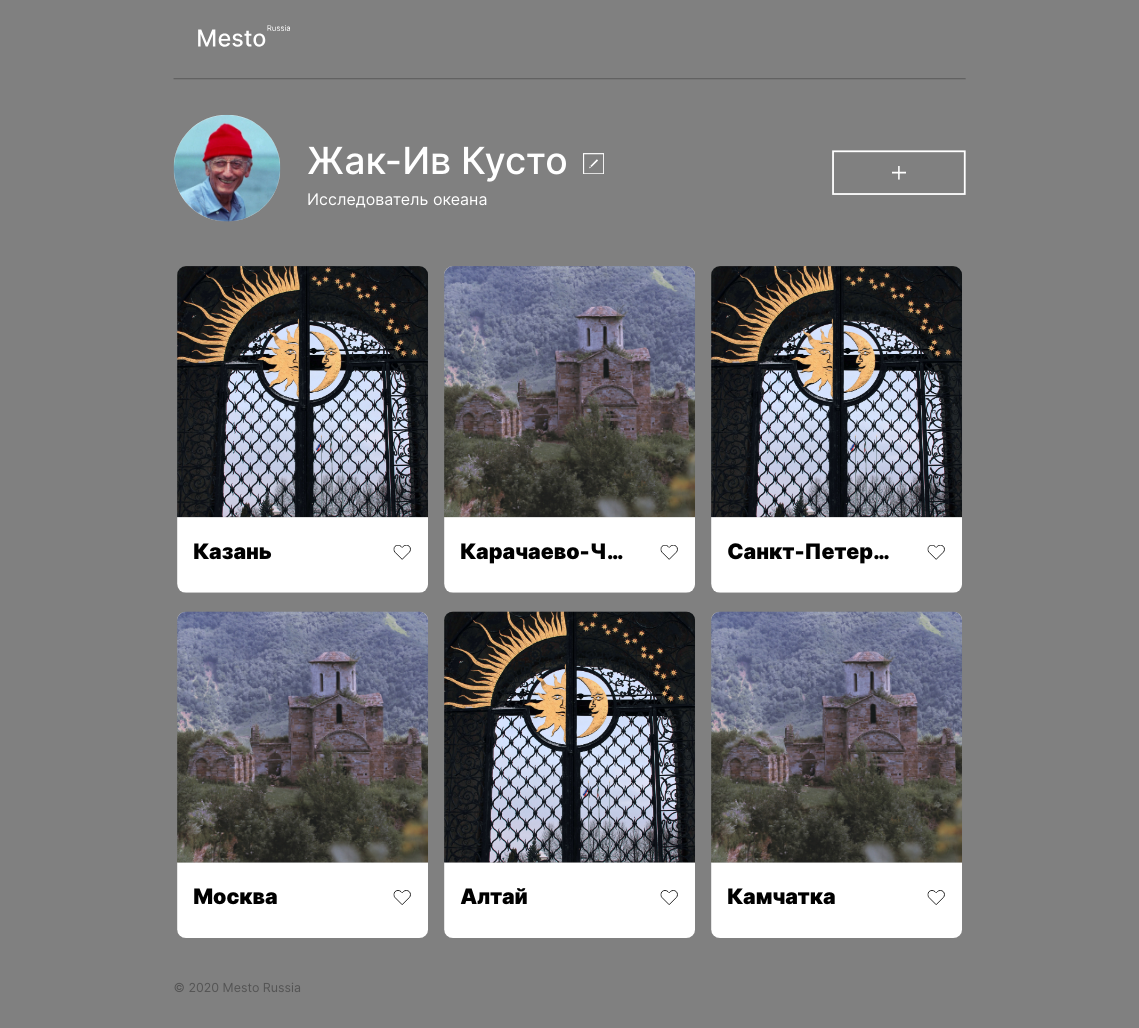
Repository: zajcevakaterina/mesto
Page: index.html
An editor plug-in stored every save of this project. The page is shown before and after the next save, followed by the edit.
The browser window is 1280 px wide. The pictures show the whole page, at 89% of full size.

Above is the page before, as saved 2020-05-07 14:20:54.

After the next save:
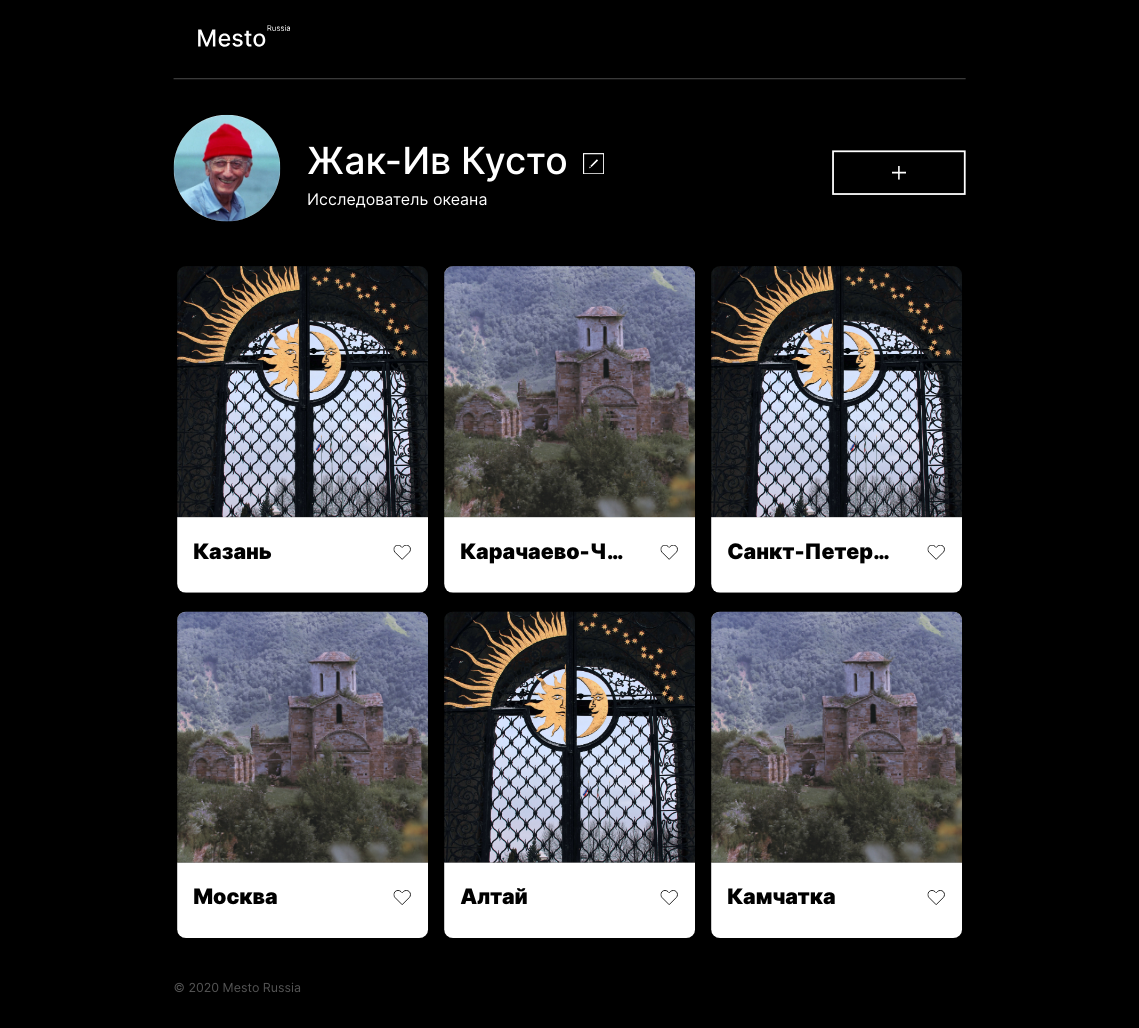
Saved 25 s later.
--- a/blocks/root/root.css
+++ b/blocks/root/root.css
@@ -8,9 +8,3 @@
     -moz-osx-font-smoothing: grayscale;
     box-sizing: border-box;
 }
-
-@media screen and (min-width: 425px) {
-  .root{
-    background: grey;
-  }
-}
